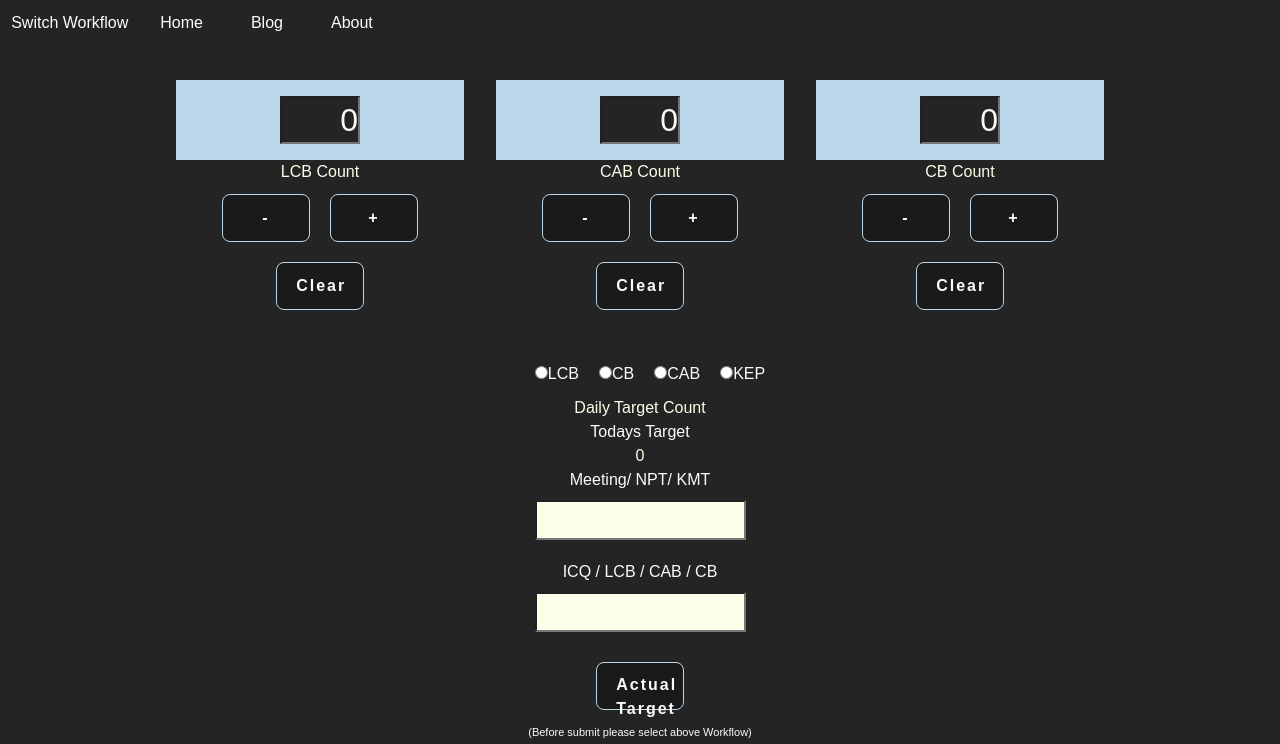
Repository: suraj-yadav7/SwitchWorkflow-Count-reactjs
Page: /
The author's editor kept a copy of each file at every save. The page is drawn from the files as they stood at one save, then again after the next save.
The browser window is 1280 px wide. The pictures show the whole page.
Some web fonts or font styles are not loaded; a fallback is used. The project was rebuilt for these pictures with package versions that can differ from the ones it lists, and the page was loaded fresh each time.

Above is the page before, as saved 2023-04-20 11:18:22.

After the next save:
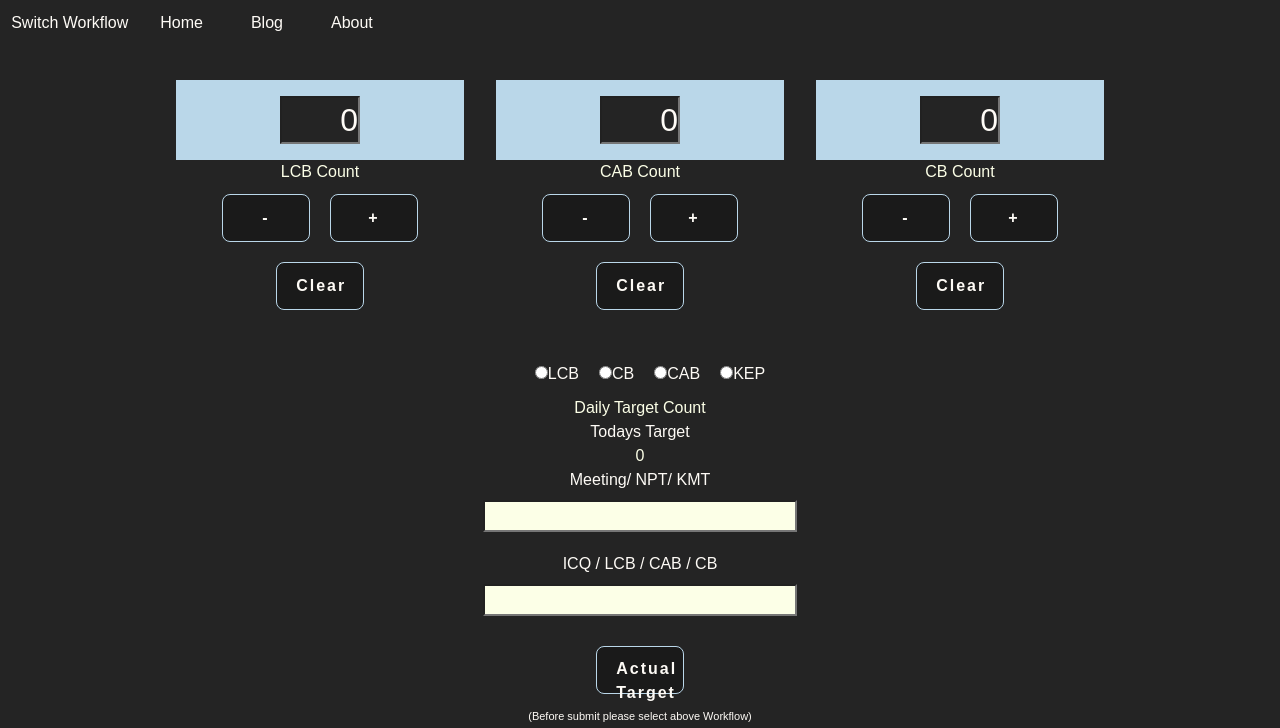
Saved 13 s later.
--- a/src/App.css
+++ b/src/App.css
@@ -29,7 +29,7 @@
   background-color: #FCFFE7;
   font-family: 'Stardos Stencil', cursive,;
   color: red;
-  height: 2.5rem;
+  font-size: 1.5rem;
 }
 
 button{
